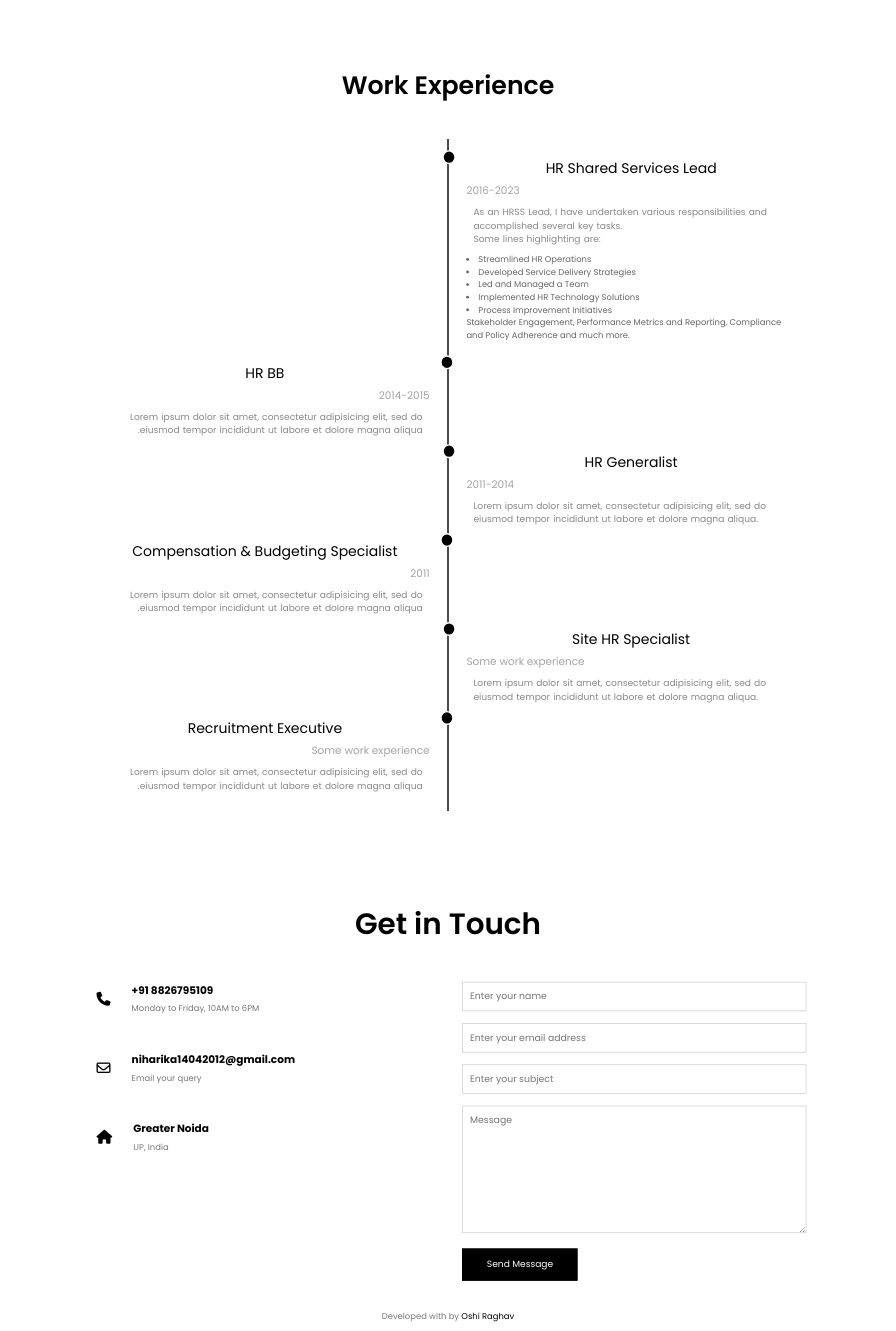
Repository: xoshiraghavx/Niharika-portfolio
Page: index.html
These files come from the project's save history. The page is drawn as it stood at one moment and after the next save; the edit follows.
The browser window is 1280 px wide. The pictures show the part of the page from y = 1311 to 3231 px (the page is 3213 px tall before and 3231 px after), at 70% of full size.
Some web libraries are served in a nearby version.

Above is the page before, as saved 2023-06-16 10:39:13.

### index.html
<!DOCTYPE html>
<html lang="en">
<head>
    <meta charset="UTF-8">
    <meta http-equiv="X-UA-Compatible" content="IE=edge">
    <meta name="viewport" content="width=device-width, initial-scale=1.0">
    <title>Niharika Singh | Portfolio</title>
    <link rel="stylesheet" href="../css/index.css">
    <link rel="preconnect" href="https://fonts.googleapis.com">
<link rel="preconnect" href="https://fonts.gstatic.com" crossorigin>
<link href="https://fonts.googleapis.com/css2?family=Poppins:wght@100;200;300;400;600;700&family=Righteous&display=swap" rel="stylesheet">
<link rel="stylesheet" href="https://stackpath.bootstrapcdn.com/font-awesome/4.7.0/css/font-awesome.min.css">
<link rel="stylesheet" href="./css/particle.css">
<link href="https://unpkg.com/aos@2.3.1/dist/aos.css" rel="stylesheet">
<link rel="icon" href="./img/image.jpg">

</head>
<body>
    <section class="header" id="head">
        <div id="particles-js">
        <nav>
            <div class="logo">
                <h2>NS</h2>
            </div>
            <div class="nav-links" id="navLinks">
                <i class="fa fa-times" onclick="hideMenu()"></i>
                <ul>
                    <li><a href="#head">HOME</a></li>
                    <li><a href="#about">ABOUT</a></li>
                    <li><a href="#work">WORK</a></li>
                    <li><a href="#contact">CONTACT</a></li>
                </ul>
            </div>
            <div class="social">
                    <div><a href="https://www.linkedin.com/in/niharika-singh-54130b13/" target="_blank"><i class="fa-brands fa-linkedin"></i></a></div>
                    <div><a href="https://www.facebook.com/people/Niharika-Singh/pfbid0zDJLjq1fehJWAvFLc7zkpJ6FsEs1uDxExLjwh94ZH389RFf4Q5YAZHgxJCLQanLsl/" target="_blank"><i class="fa-brands fa-facebook"></i></a></div>
                    <div><a href="https://www.instagram.com/niharika14042012/" target="_blank"><i class="fa-brands fa-instagram"></i></a></div>
            </div>
        </nav>

        <div id="home"data-aos="zoom-in" data-aos-duration="1000">
            <div class="img">
                <p style="color: #c5c1c1; font-weight: 600;">Hello, I'm</p>
            </div>
            <h1 class="hh1">NIHARIKA SINGH</h1>
            <div class="p1"data-aos="fade-in" data-aos-delay="1300"data-aos-duration="1000">
                <p>As an HR professional, I nurture a harmonious and productive workforce.</p>
            </div>
            <div class="container">
                <a href="#about">
                <div class="field" >
                    <div class="mouse"></div>
                </div>
            </a>
            </div>
    </div>
    </section>

<!-- ---------About----------------- -->
<section class="about-us" id="about">
    <div class="row1">
        <div class="about-col">
            <h1>About me</h1>
            <p>Lorem ipsum dolor sit amet consectetur adipisicing elit. Voluptates unde necessitatibus consectetur aut, quisquam at, dolorem, deleniti deserunt a error officia? Quas, quos. Nemo assumenda fugiat dolore ad illo soluta.Lorem ipsum dolor sit amet consectetur adipisicing elit. Voluptates unde necessitatibus consectetur aut, quisquam at, dolorem, deleniti deserunt a error officia? Quas, quos. Nemo assumenda fugiat dolore</p>
        </div>
    </div>
    <div class="bar">
        <div class="count">
            <div class="exp">
                <h1>17+</h1>
            </div>
            <div class="exp_name">
                <h4>Years</h4>
            </div>
        </div>
        <div class="count">
            <div class="exp">
                <h1>5</h1>
            </div>
            <div class="exp_name">
                <h4>Domain of HR</h4>
            </div>
        </div>
        <div class="count">
            <div class="exp">
                <h1>2</h1>
            </div>
            <div class="exp_name">
                <h4>Green Field Project </h4>
            </div>
        </div>
        <div class="count">
            <div class="exp">
                <h1>10+</h1>
            </div>
            <div class="exp_name">
                <h4>Processes </h4>
            </div>
        </div>
    </div>
    <div class="skills">
        <ul>
            <li>HR Shared Services setup</li>
            <li>Expat Management</li>
            <li>Global Center Setup</li>
        </ul>
        <ul>
            <li>HR Transformation & Digitization</li>
            <li>ERP enablement & Integration</li>
            <li>Process Simplification</li>
        </ul>
    </div>
    <div class="cv">
        <button><a href="./img/CV-Niharika Singh.pdf">Download CV </a><i class="fa fa-download"></i></button>
    </div>
</section>
<!-- ------------Timeline------------- -->
<section id="work">
    <h1>Work Experience</h1>
    <div class="timeline">
            <div class="timeline-block timeline-block-right">
               <div class="marker"></div>
               <div class="timeline-content">
                  <h3>HR Shared Services Lead </h3>
                  <span>2016-2023</span>
                  <p>As an HRSS Lead, I have undertaken various responsibilities and accomplished several key tasks.
                    <br>Some lines highlighting are:
                    <li>Streamlined HR Operations</li>
                    <li>Developed Service Delivery Strategies</li>
                    <li>Led and Managed a Team</li>
                    <li>Implemented HR Technology Solutions</li>
                    <li>Process Improvement Initiatives</li> Stakeholder Engagement, Performance Metrics and Reporting, Compliance and Policy Adherence and much more. </p>
               </div>
            </div>
            <div class="timeline-block timeline-block-left">
               <div class="marker"></div>
               <div class="timeline-content">
                  <h3>HR BB</h3>
                  <span>2014-2015</span>
                  <p>Lorem ipsum dolor sit amet, consectetur adipisicing elit, sed do eiusmod tempor incididunt ut labore et dolore magna aliqua.</p>
               </div>
            </div>
            <div class="timeline-block timeline-block-right">
                <div class="marker"></div>
                <div class="timeline-content">
                   <h3>HR Generalist</h3>
                   <span>2011-2014</span>
                   <p>Lorem ipsum dolor sit amet, consectetur adipisicing elit, sed do eiusmod tempor incididunt ut labore et dolore magna aliqua.</p>
                </div>
             </div>
            <div class="timeline-block timeline-block-left">
               <div class="marker"></div>
               <div class="timeline-content">
                  <h3>Compensation & Budgeting Specialist </h3>
                  <span>2011</span>
                  <p>Lorem ipsum dolor sit amet, consectetur adipisicing elit, sed do eiusmod tempor incididunt ut labore et dolore magna aliqua.</p>
               </div>
            </div>

            <div class="timeline-block timeline-block-right">
               <div class="marker"></div>
               <div class="timeline-content">
                  <h3>Site HR Specialist </h3>
                  <span>Some work experience</span>
                  <p>Lorem ipsum dolor sit amet, consectetur adipisicing elit, sed do eiusmod tempor incididunt ut labore et dolore magna aliqua.</p>
               </div>
            </div>

            <div class="timeline-block timeline-block-left">
               <div class="marker"></div>
               <div class="timeline-content">
                  <h3>Recruitment Executive </h3>
                  <span>Some work experience</span>
                  <p>Lorem ipsum dolor sit amet, consectetur adipisicing elit, sed do eiusmod tempor incididunt ut labore et dolore magna aliqua.</p>
               </div>
            </div>
    </div>
</section>
<section class="contact-us" id="contact">
    <h1>Get in Touch
    </h1>
    <div class="row">
        <div class="contact-col">
            <div>
                 <i class="fa fa-phone"></i>
                 <span>
                     <h5><a href="tel: +918178788527">+91 8826795109</a></h5>
                     <p>Monday to Friday, 10AM to 6PM</p>
                 </span>
            </div>
            <div>
                 <i class="fa fa-envelope-o"></i>
                 <span>
                     <h5><a href="mailto: niharika14042012@gmail.com ">niharika14042012@gmail.com</a></h5>
                     <p>Email your query</p>
                 </span>
            </div>
            <div>
                <i class="fa fa-home"></i>
                <span>
                    <h5><a href="https://www.google.com/maps/place/Greater+Noida,+Uttar+Pradesh/@28.4985622,77.3511809,11z/data=!3m1!4b1!4m6!3m5!1s0x390cea64b8f89aef:0xec0ccabb5317962e!8m2!3d28.4743879!4d77.5039904!16zL20vMGN3OXEy?entry=ttu" target="_blank">Greater Noida</a></h5>
                    <p>UP, India</p>
                </span>
           </div>
        </div>
        <div class="contact-col">
            <form action="https://formcarry.com/s/P6GKrEghsf" method="POST" accept-charset="UTF-8">
                <input type="text" name="name" placeholder="Enter your name" required>
                <input type="email" name="email" placeholder="Enter your email address" required>
                <input type="text" name="subject" placeholder="Enter your subject" required>
                <textarea rows="8" name="message" placeholder="Message" required></textarea>
                <button type="submit" class="hero-btn">Send Message</button>
            </form>
        </div>
    </div>
</section>
<!-- --------footer--------- -->
<section class="footer">
    <p style="text-align: center;">Developed with by <a href="https://www.linkedin.com/in/oshiraghav/" target="_blank">Oshi Raghav</a></p>
</section>

<!-- ---------------javascript----------------->
    	<script src=
		"particles.js-master/particles.js">
	</script>
	<script src=
		"/particles.js-master/demo/js/app.js">
	</script>
     <script src="https://unpkg.com/aos@2.3.1/dist/aos.js"></script>
    <script>
     AOS.init();
    </script>
    <script src="https://kit.fontawesome.com/b6191824ce.js" crossorigin="anonymous"></script>
</body>
</html>

### css/index.css
*{
    margin: 0;
    padding: 0;
    font-family: 'poppins', sans-serif;
    scroll-behavior: smooth;
}
.header{
    min-height: 100vh;
    width: 100%;
}
h3{
    color: #000;
}
nav{
    display: flex;
    padding: 1rem 0rem;
    background: #ffffff;
    justify-content: space-around;
    align-items: center;
    position: fixed;
    width: 100%;
    backdrop-filter: blur(3px);
    z-index: 2;
}
.logo{
    background: #000;
    color: #ffffff;
    border-radius: 100%;
    padding: 5pt 6pt;
}
.nav-links ul li{
    list-style: none;
    display: inline-block;
    padding: 8px 12px;
    position: relative;
}
.nav-links ul li a{
    color: #000000;
    text-decoration: none;
    font-size: 13px;
}
.nav-links ul li::after{
    content: '';
    width: 0%;
    height: 2px;
    background: #000000;
    display: block;
    margin: auto;
    transition: 0.5s;
}
.nav-links ul li:hover::after{
    width: 100%;
}
.social{
    display: grid;
    grid-template-columns: auto auto auto auto;
    column-gap: 15px;
    font-size: 1.2rem;
    color: #000000;
}
.social a{
    color: #000;
}
.social:hover{
    cursor: pointer;
}
#home{
    position: absolute;
    text-align: center;
    width: 100%;
    margin-top: 250px;
    color: #ffffff;
}
.hh1{
    font-size: 4em;
}
#home p{
    padding-top: .5rem;
    font-size: 1rem;
    color: #c5c1c1;
}
.container {
	width: 100%;
	height: 100%;
	display: flex;
	align-items: center;
	justify-content: center;
    padding-top: 10rem;
}
.field:hover{
    cursor: pointer;
}

.field {
	display: flex;
	align-items: center;
	justify-content: space-around;
}

.mouse {
	width: 30px;
	height: 50px;
	border: 3px solid #ffffff;
	border-radius: 60px;
	position: relative;
	&::before {
		content: '';
		width: 8px;
		height: 8px;
		position: absolute;
		top: 10px;
		left: 50%;
		transform: translateX(-50%);
		background-color: #ffffff;
		border-radius: 50%;
		opacity: 1;
		animation: wheel 2s infinite;
		-webkit-animation: wheel 2s infinite;
	}
}
@keyframes wheel {
	to {
		opacity: 0;
		top: 30px;
	}
}

@-webkit-keyframes wheel {
	to {
		opacity: 0;
		top: 60px;
	}
}
nav .fa{
    display: none;
}
.hero-btn{
    display: inline-block;
    text-decoration: none;
    color: #fff;
    border: 1px solid #000000;
    padding: 12px 34px;
    font-size: 13px;
    background-color: #000;
    position: relative;
    cursor: pointer;
}
.hero-btn:hover{
    border: 1px solid #000000;
    background: #fff;
    color: #000;
    transition: 1s;
}
@media(max-width: 700px){
    .nav-links{
        display: none;
    }
}
.course{
    width: 80%;
    margin: auto;
    text-align: center;
    padding-top: 80px;
}
h1{
    font-size: 36px;
    font-weight: 600;
    text-align: center;
}
p{
    color: #777;
    font-size: 300;
    line-height: 22px;
    padding: 10px;
}
.row{
    margin-top: 5%;
    display: flex;
    justify-content: space-between;
}
.course-col{
    flex-basis: 31%;
    background: #fff3f3;
    border-radius: 10px;
    margin-bottom: 5%;
    padding: 20px 12px;
    box-sizing: border-box;
    transition: 0.5s;
}
h3{
    text-align: center;
    font-weight: 600;
    margin: 10px 0px;
}
.course-col:hover{
    box-shadow: rgba(241, 128, 128, 0.25) 0px 54px 55px, rgba(233, 177, 177, 0.12) 0px -12px 30px, rgba(238, 209, 209, 0.12) 0px 4px 6px, rgba(230, 100, 100, 0.17) 0px 12px 13px, rgba(250, 27, 27, 0.09) 0px -3px 5px;
}
@media(max-width: 700px){
    .row{
        flex-direction: column;
    }
}
/*  --------facilities--------*/
 .timeline {
    width: 80%;
    padding: 1rem 0;
    margin: 50px auto;
    position: relative;
    overflow: hidden;
 }
 .timeline:before {
    content: '';
    position: absolute;
    top: 0;
    left: 50%;
    margin-left: -1px;
    width: 2px;
    height: 100%;
    background: #000000;
    z-index: 1
 }
 .timeline-block {
    width: -webkit-calc(50% + 8px);
    width: -moz-calc(50% + 8px);
    width: calc(50% + 8px);
    display: -webkit-box;
    display: -webkit-flex;
    display: -moz-box;
    display: flex;
    -webkit-box-pack: justify;
    -webkit-justify-content: space-between;
    -moz-box-pack: justify;
    justify-content: space-between;
    clear: both;
 }
 .timeline-block-right {
    float: right;
 }
 .timeline-block-left {
    float: left;
    direction: rtl
 }
 .marker {
    width: 16px;
    height: 16px;
    border-radius: 50%;
    border: 2px solid #ffffff;
    background: #000000;
    z-index: 1
 }

 .timeline-content {
    width: 95%;
    padding: 0 15px;
    color: #666
 }

 .timeline-content h3 {
    margin-bottom: 5px;
    font-size: 20px;
    font-weight: 500
 }

 .timeline-content span {
    font-size: 15px;
    color: #a4a4a4;
 }

 .timeline-content p {
    font-size: 13px;
    line-height: 1.5em;
    word-spacing: 1px;
    color: #888;
 }


 @media screen and (max-width: 768px) {
    /* .container:before {
       left: 8px;
       width: 2px;
    }
    .timeline-block {
       width: 100%;
       margin-bottom: 30px;
    }
    .timeline-block-right {
       float: none;
    }

    .timeline-block-left {
       float: none;
       direction: ltr;
    } */
 }

/* -------about us page------- */
.about-us{
    width: 50%;
    margin: auto;
    padding-top: 100px;
    padding-bottom: 100px;
}
.about-col{
    flex-basis: 48%;
    text-align: center;
    padding: 10px 2px;
}
.about-col p{
    padding: 15px 0 25px;
}
.about-col h1{
    font-size: 4em;
}
.bar{
    display: flex;
    justify-content: space-between;
    text-align: center;
}
.count{
    display: grid;
    /* flex-direction: column;
    justify-content: center; */
}
.skills{
    display: flex;
    justify-content: space-around;
    padding-top: 3rem;
}
.cv{
    display: flex;
    justify-content: center;
    padding-top: 3rem;
}
.cv button{
    background-color: transparent;
    border: none;
}
.cv button a{
    text-decoration: none;
    color: #5d5c5c;
    font-weight: 600;
}
.cv .fa{
    color: #5d5c5c;
}
.cv :hover{
    color: #000000;
    cursor: pointer;
}
@media(max-width: 700px){
    .about-us{
        width: 90%;
        margin-top: -15%;
    }
    .about-col h1{
        font-size: 3em;
    }
    .bar{
        display: grid;
        grid-template-columns: 1fr 1fr;
    }
    .skills{
        display: grid;
        padding-left: 10%;
    }
    .cv button{
        font-size: 1rem;
        margin-top: -5%;
    }
}
/* ----contact us----- */
.location{
    width: 80%;
    margin: auto;
    padding: 80px 0;
}
.location iframe{
    width: 100%;
}
.contact-us{
    width: 80%;
    margin: auto;
    padding-top: 80px;
}
.contact-us h1{
    font-size: 3.5em;
}
.contact-col{
    flex-basis: 48%;
    margin-bottom: 30px;
}
.contact-col div{
    display: flex;
    align-items: center;
    margin-bottom: 50px;
}
.contact-col div .fa{
    font-size: 20px;
    color: #000000;
    margin: 10px;
    margin-right: 30px;
}
.contact-col a{
    text-decoration: none;
    color: #000;
}
.contact-col div p{
    padding: 0;
}
.contact-col div h5{
    font-size: 15px;
    margin-bottom: 4px;
    color: #000000;
    font-weight: bold;
}
.contact-col input, .contact-col textarea{
    width: 100%;
    padding: 10px;
    margin-bottom: 17px;
    outline: none;
    border: 1px solid #ccc;
    box-sizing:border-box ;
}

.footer a{
    text-decoration: none;
    color: #000000;
}
@media(max-width: 700px){
    .contact-col div{
        margin-bottom: 20px;
    }
    .contact-col{
        margin-bottom: 10px;
    }
}

### css/particle.css
/* ---- reset ---- */

body {
    margin: 0;
    font:normal 75% Arial, Helvetica, sans-serif;
  }

  canvas {
    display: block;
    vertical-align: bottom;
  }

  /* ---- particles.js container ---- */

  #particles-js {
    position: absolute;
    width: 100%;
    height: 100vh;
    background-color: #000000;
  }

  /* ---- stats.js ---- */

  .count-particles{
    background: #ff0000;
    position: absolute;
    top: 48px;
    left: 0;
    width: 80px;
    color: #13E8E9;
    font-size: .8em;
    text-align: left;
    text-indent: 4px;
    line-height: 14px;
    padding-bottom: 2px;
    font-family: Helvetica, Arial, sans-serif;
    font-weight: bold;
  }

  .js-count-particles{
    font-size: 1.1em;
  }

  #stats,
  .count-particles{
    -webkit-user-select: none;
  }

  #stats{
    border-radius: 3px 3px 0 0;
    overflow: hidden;
  }

  .count-particles{
    border-radius: 0 0 3px 3px;
  }

### particles.js-master/demo/js/app.js
/* -----------------------------------------------
/* How to use? : Check the GitHub README
/* ----------------------------------------------- */

/* To load a config file (particles.json) you need to host this demo (MAMP/WAMP/local)... */
/*
particlesJS.load('particles-js', 'particles.json', function() {
  console.log('particles.js loaded - callback');
});
*/

/* Otherwise just put the config content (json): */

particlesJS('particles-js',

  {
    "particles": {
      "number": {
        "value": 80,
        "density": {
          "enable": true,
          "value_area": 800
        }
      },
      "color": {
        "value": "#ffffff"
      },
      "shape": {
        "type": "circle",
        "stroke": {
          "width": 0,
          "color": "#000000"
        },
        "polygon": {
          "nb_sides": 5
        },
        "image": {
          "src": "img/github.svg",
          "width": 100,
          "height": 100
        }
      },
      "opacity": {
        "value": 0.5,
        "random": false,
        "anim": {
          "enable": false,
          "speed": 1,
          "opacity_min": 0.1,
          "sync": false
        }
      },
      "size": {
        "value": 5,
        "random": true,
        "anim": {
          "enable": false,
          "speed": 40,
          "size_min": 0.1,
          "sync": false
        }
      },
      "line_linked": {
        "enable": true,
        "distance": 150,
        "color": "#ffffff",
        "opacity": 0.4,
        "width": 1
      },
      "move": {
        "enable": true,
        "speed": 6,
        "direction": "none",
        "random": false,
        "straight": false,
        "out_mode": "out",
        "attract": {
          "enable": false,
          "rotateX": 600,
          "rotateY": 1200
        }
      }
    },
    "interactivity": {
      "detect_on": "canvas",
      "events": {
        "onhover": {
          "enable": true,
          "mode": "repulse"
        },
        "onclick": {
          "enable": true,
          "mode": "push"
        },
        "resize": true
      },
      "modes": {
        "grab": {
          "distance": 400,
          "line_linked": {
            "opacity": 1
          }
        },
        "bubble": {
          "distance": 400,
          "size": 40,
          "duration": 2,
          "opacity": 8,
          "speed": 3
        },
        "repulse": {
          "distance": 200
        },
        "push": {
          "particles_nb": 4
        },
        "remove": {
          "particles_nb": 2
        }
      }
    },
    "retina_detect": true,
    "config_demo": {
      "hide_card": false,
      "background_color": "#b61924",
      "background_image": "",
      "background_position": "50% 50%",
      "background_repeat": "no-repeat",
      "background_size": "cover"
    }
  }

);

Loaded but not shown: particles.js-master/particles.js (common file)

After the next save:
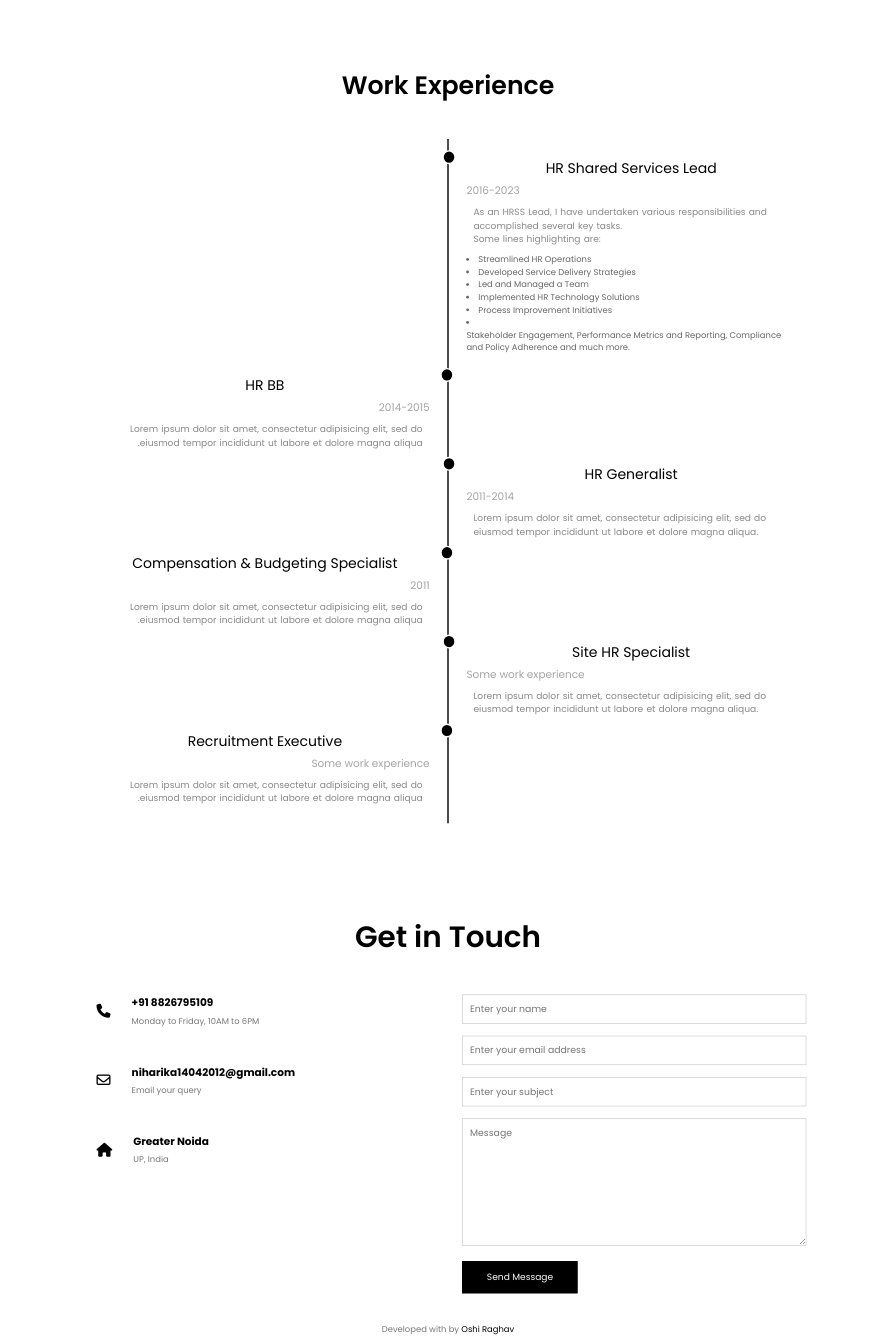
Saved 4 s later.
--- a/index.html
+++ b/index.html
@@ -129,7 +129,8 @@
                     <li>Developed Service Delivery Strategies</li>
                     <li>Led and Managed a Team</li>
                     <li>Implemented HR Technology Solutions</li>
-                    <li>Process Improvement Initiatives</li> Stakeholder Engagement, Performance Metrics and Reporting, Compliance and Policy Adherence and much more. </p>
+                    <li>Process Improvement Initiatives</li>
+                    <li></li>Stakeholder Engagement, Performance Metrics and Reporting, Compliance and Policy Adherence and much more. </p>
                </div>
             </div>
             <div class="timeline-block timeline-block-left">
